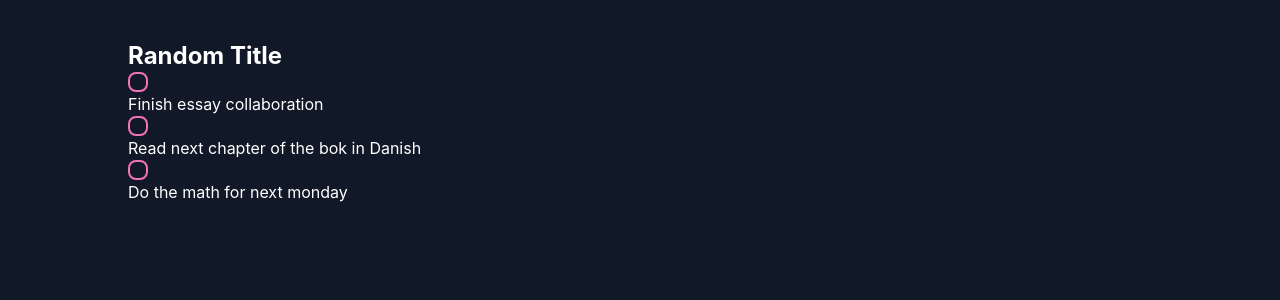
Repository: VachArt/react-exam-work
Page: /about
The author's editor kept a copy of each file at every save. The page is drawn from the files as they stood at one save, then again after the next save.
The browser window is 1280 px wide. The pictures show the whole page.
The project was rebuilt for these pictures with package versions that can differ from the ones it lists, and the page was loaded fresh each time.

Above is the page before, as saved 2022-04-27 19:23:50.

After the next save:
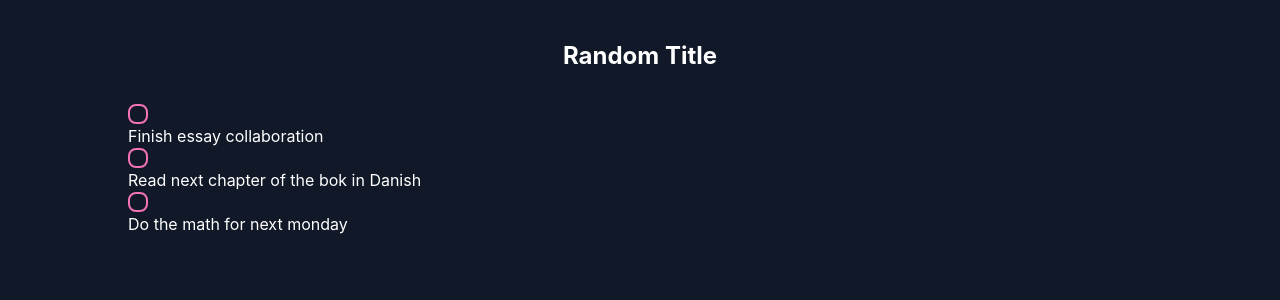
Saved 115 s later.
--- a/src/components/pages/Home/Home.jsx
+++ b/src/components/pages/Home/Home.jsx
@@ -22,7 +22,7 @@ const todo = [
 const Home = () => {
     return (
         <div className='text-white w-4/5 mx-auto'>
-            <h1 className='text-2xl font-bold'>Random Title</h1>
+            <h1 className='text-2xl font-bold text-center mb-8'>Random Title</h1>
             {todo.map(todo => (
                 <TodoItem key={todo._id} todo={todo} />
             ))}
